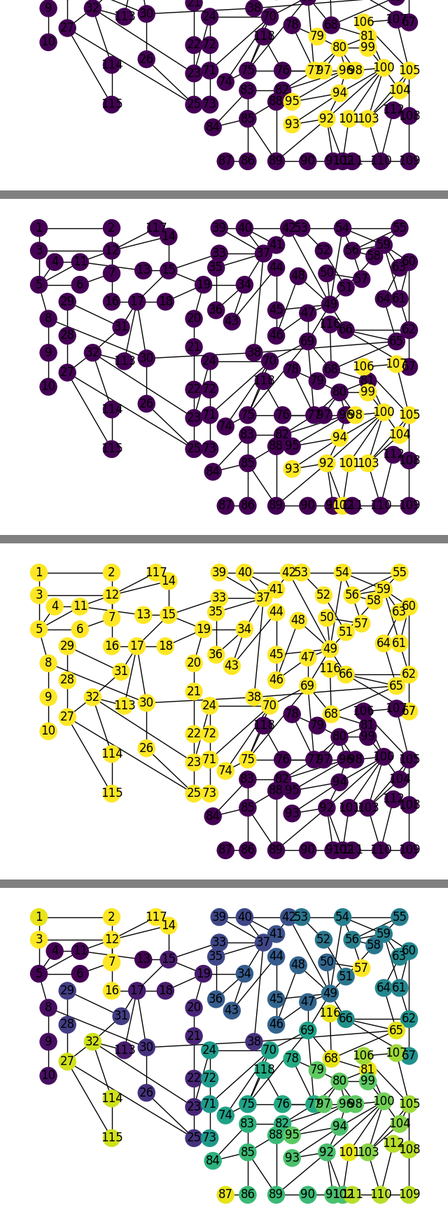
Repository: AyresNishio/Segmenta--o-118-barras
Script's output: python test_clustering.py
An editor plug-in stored every save of this project. The script's output is shown before and after the next save, followed by the edit.
The pictures show rows 700 to 2940 of an output 2448 px tall, at 70% of full size.
Each picture stacks the figures in order, with grey between them; figures that are only written to a file come last. Random numbers start from a fixed seed.

Above is the script's output before, as saved 2021-09-20 23:12:05.

### test_clustering.py
from sklearn import cluster
import networkx as nx
from collections import defaultdict
import matplotlib.pyplot as plt
from matplotlib import cm
import seaborn as sns
import pandas as pd
import numpy as np
from sklearn.metrics.cluster import normalized_mutual_info_score
from sklearn.metrics.cluster import adjusted_rand_score

def graph_to_edge_matrix(G):
    """Convert a networkx graph into an edge matrix.
    See https://www.wikiwand.com/en/Incidence_matrix for a good explanation on edge matrices

    Parameters
    ----------
    G : networkx graph
    """
    # Initialize edge matrix with zeros
    edge_mat = np.zeros((len(G), len(G)), dtype=int)

    # Loop to set 0 or 1 (diagonal elements are set to 1)
    for node in G:
        for neighbor in G.neighbors(node):
            edge_mat[node-1][neighbor-1] = 1
        edge_mat[node-1][node-1] = 1

    return edge_mat


def Monta_sys(Ss,Ybus):

    G = nx.Graph()

    for v in Ss:
        G.add_node(v)

    for i in Ss:
        for j in Ss:
            if (i>j)  and (Ybus[i-1, j-1]) == 1:
               G.add_edge(i,j)
    return G

#######################################################Main#########################################################
Ybus = np.loadtxt("ieee-118-bus.txt", dtype='i', delimiter=",")
coord = {
1: np.array([15, 0]),
2: np.array([130, 0]),
3: np.array([15, -40]),
4: np.array([40, -60]),
5: np.array([15, -100]),
6: np.array([80, -100]),
7: np.array([130, -80]),
8: np.array([30, -160]),
9: np.array([30, -220]),
10: np.array([30, -280]),
11: np.array([80, -60]),
12: np.array([130, -40]),
13: np.array([180, -75]),
14: np.array([220, -15]),
15: np.array([220, -75]),
16: np.array([130, -130]),
17: np.array([170, -130]),
18: np.array([215, -130]),
19: np.array([275, -100]),
20: np.array([260, -160]),
21: np.array([260, -210]),
22: np.array([260, -285]),
23: np.array([260, -335]),
24: np.array([285, -235]),
25: np.array([260, -390]),
26: np.array([185, -310]),
27: np.array([60, -255]),
28: np.array([60, -190]),
29: np.array([60, -130]),
30: np.array([185, -230]),
31: np.array([145, -175]),
32: np.array([100, -220]),
33: np.array([300, -45]),
34: np.array([340, -100]),
35: np.array([295, -70]),
36: np.array([295, -145]),
37: np.array([370, -45]),
38: np.array([355, -220]),
39: np.array([300, 0]),
40: np.array([340, 0]),
41: np.array([390, -30]),
42: np.array([410, 0]),
43: np.array([320, -165]),
44: np.array([390, -70]),
45: np.array([390, -145]),
46: np.array([390, -190]),
47: np.array([440, -150]),
48: np.array([425, -85]),
49: np.array([475, -135]),
50: np.array([470, -80]),
51: np.array([500, -105]),
52: np.array([465, -40]),
53: np.array([430, 0]),
54: np.array([495, 0]),
55: np.array([585, 0]),
56: np.array([510, -40]),
57: np.array([525, -90]),
58: np.array([545, -50]),
59: np.array([560, -30]),
60: np.array([600, -60]),
61: np.array([585, -125]),
62: np.array([600, -180]),
63: np.array([585, -70]),
64: np.array([560, -125]),
65: np.array([580, -200]),
66: np.array([500, -180]),
67: np.array([600, -245]),
68: np.array([477, -250]),
69: np.array([440, -200]),
70: np.array([380, -235]),
71: np.array([285, -330]),
72: np.array([285, -285]),
73: np.array([285, -390]),
74: np.array([310, -350]),
75: np.array([345, -330]),
76: np.array([400, -330]),
77: np.array([450, -330]),
78: np.array([415, -250]),
79: np.array([455, -270]),
80: np.array([490, -290]),
81: np.array([535, -270]),
82: np.array([400, -365]),
83: np.array([345, -365]),
84: np.array([290, -430]),
85: np.array([345, -415]),
86: np.array([345, -490]),
87: np.array([310, -490]),
88: np.array([390, -385]),
89: np.array([390, -490]),
90: np.array([440, -490]),
91: np.array([480, -490]),
92: np.array([470, -415]),
93: np.array([415, -425]),
94: np.array([490, -370]),
95: np.array([415, -385]),
96: np.array([500, -330]),
97: np.array([465, -330]),
98: np.array([515, -330]),
99: np.array([535, -290]),
100: np.array([560, -325]),
101: np.array([505, -415]),
102: np.array([495, -490]),
103: np.array([535, -415]),
104: np.array([585, -365]),
105: np.array([600, -330]),
106: np.array([528, -245]),
107: np.array([580, -240]),
108: np.array([600, -410]),
109: np.array([600, -490]),
110: np.array([555, -490]),
111: np.array([510, -490]),
112: np.array([575, -400]),
113: np.array([150, -235]),
114: np.array([130, -320]),
115: np.array([130, -390]),
116: np.array([475, -170]),
117: np.array([200, 0]),
118: np.array([370, -270])}

#Monta G
G  = Monta_sys(range(1,np.size(Ybus,0)+1),Ybus)
nx.draw_networkx(G,coord,with_labels=True)
plt.show()

#Convert Grapgh into a matrix
edge_mat = graph_to_edge_matrix(G)
print(edge_mat)

k_clusters = 2
results = []
algorithms = {}

#K-Means
algorithms['kmeans'] = cluster.KMeans(n_clusters=k_clusters, n_init=118)

#Agglomerative Clustering
algorithms['agglom'] = cluster.AgglomerativeClustering(n_clusters=k_clusters, linkage="ward")

#Spectral Clustering
algorithms['spectral'] = cluster.SpectralClustering(n_clusters=k_clusters, affinity="precomputed", n_init=118)

#Affinity Propagation
algorithms['affinity'] = cluster.AffinityPropagation(damping=0.6)

# Fit all models
for model in algorithms.values():
    model.fit(edge_mat)
    results.append(list(model.labels_))
print("Models Fitted")

#K-Means
nx.draw(G,coord,with_labels = True, node_color=list(algorithms['kmeans'].labels_))
plt.show()

#Agglomerative Clustering
nx.draw(G,coord,with_labels = True, node_color=list(algorithms['agglom'].labels_))
plt.show()

#Spectral Clustering
nx.draw(G,coord,with_labels = True, node_color=list(algorithms['spectral'].labels_))
plt.show()

#Affinity
nx.draw(G,coord,with_labels = True, node_color=list(algorithms['affinity'].labels_))
plt.show()

Loaded but not shown: ieee-118-bus.txt (118 lines, source omitted)

After the next save:
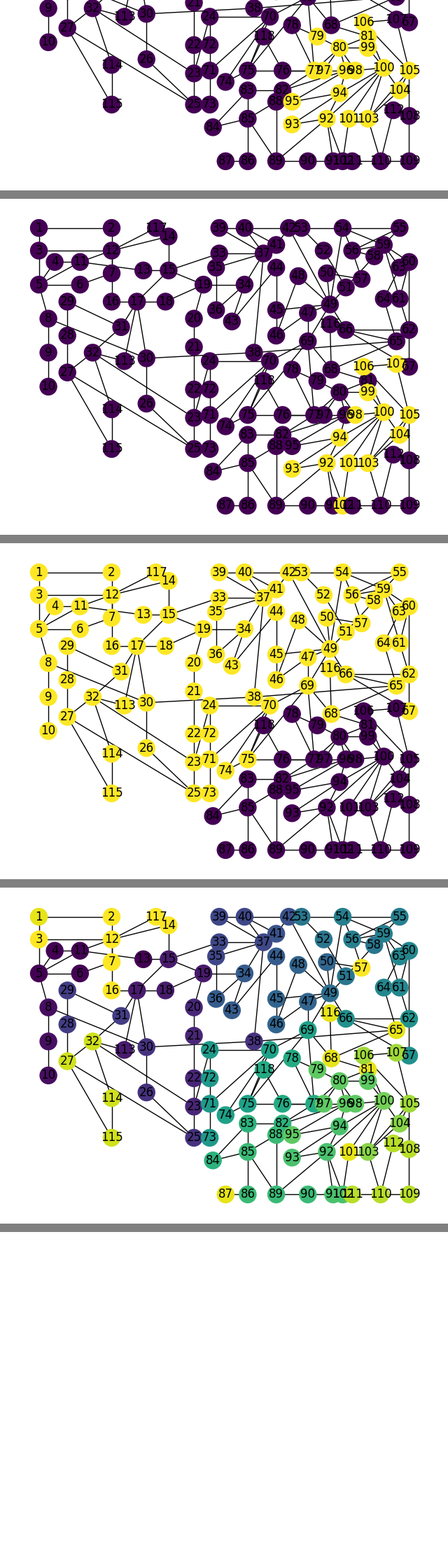
Saved 67 s later.
--- a/test_clustering.py
+++ b/test_clustering.py
@@ -198,15 +198,16 @@ print("Models Fitted")
 #K-Means
 nx.draw(G,coord,with_labels = True, node_color=list(algorithms['kmeans'].labels_))
 plt.show()
-
+plt.savefig("kmeans118_test.pdf")
 #Agglomerative Clustering
 nx.draw(G,coord,with_labels = True, node_color=list(algorithms['agglom'].labels_))
 plt.show()
-
+plt.savefig("Agglomerative_118_test.pdf")
 #Spectral Clustering
 nx.draw(G,coord,with_labels = True, node_color=list(algorithms['spectral'].labels_))
 plt.show()
-
+plt.savefig("Spectral_118_test.pdf")
 #Affinity
 nx.draw(G,coord,with_labels = True, node_color=list(algorithms['affinity'].labels_))
 plt.show()
+plt.savefig("Affinity_118_test.pdf")
